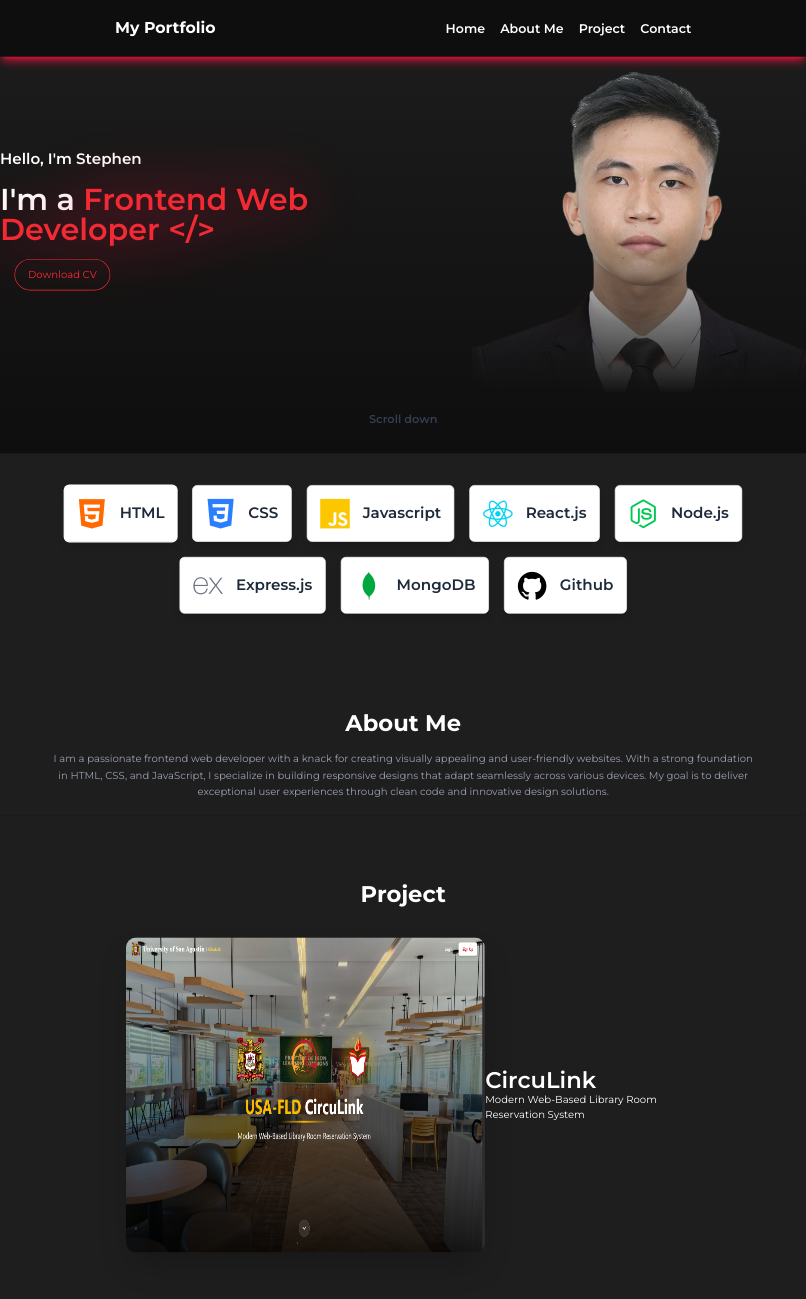
Repository: KaguyaKawaii/portfolio
Page: / (app in frontend/)
These files come from the project's save history. The page is drawn as it stood at one moment and after the next save; the edit follows.
The browser window is 1280 px wide. The pictures show the whole page, at 63% of full size.
Some web libraries are served in a nearby version. The project was rebuilt for these pictures with package versions that can differ from the ones it lists, and the page was loaded fresh each time. Also part of the build but not shown: frontend/vite.config.js.

Above is the page before, as saved 2025-10-28 23:41:15.

### frontend/src/main.jsx
import { StrictMode } from 'react'
import { createRoot } from 'react-dom/client'
import './index.css'
import App from './App.jsx'
import "devicon/devicon.min.css";



createRoot(document.getElementById('root')).render(
  <StrictMode>
    <App />
  </StrictMode>,
)

### frontend/src/index.css
/* ✅ 1️⃣ Google Fonts first */
@import url('https://fonts.googleapis.com/css2?family=Montserrat:wght@400;500;600;700&display=swap');

/* ✅ 2️⃣ Then Tailwind (only once) */
@import "tailwindcss";

/* ✅ 3️⃣ Optional: your own CSS rules */
body {
  font-family: 'Montserrat', sans-serif;
}

html {
  scroll-behavior: smooth;
}

### frontend/src/App.jsx
import { useState } from 'react'
import pic from './assets/image.png'
import project from './assets/project.png'
import project2 from './assets/project2.png'


function App() {

  return (
    <>
      <header className='bg-[#0F0E0E] h-[90px] w-full shadow-lg shadow-[#dc143c] fixed top-0 z-50'>
        <div className='flex justify-around items-center h-full text-white'>
          <h1 className='font-bold font-montserrat text-[25px]'>My Portfolio</h1>

          <div className='flex font-montserrat gap-6 font-semibold text-[20px]'>

            <button
              onClick={() => {
                document.getElementById("home").scrollIntoView();
              }}
              className="hover:text-red-500 duration-300 cursor-pointer"
            >

            <p className=''>Home</p>
            </button>

            <button
              onClick={() => {
                document.getElementById("about").scrollIntoView();
              }}
              className="hover:text-red-500 duration-300 cursor-pointer"
            >

            <p>About Me</p>
            </button>

            <button
              onClick={() => {
                document.getElementById("project").scrollIntoView();
              }}
              className="hover:text-red-500 duration-300 cursor-pointer"
            >

            <p>Project</p>
            </button>

            <p>Contact</p>
          </div>
        </div>
      </header>

      <body className='bg-linear-180 from-[#1E1E1E] to-[#0F0E0E] h-screen text-white'>
        <div id='home' className='flex justify-around items-center h-screen'>
          <div>
            <div className='text-2xl'>
              <h1 className='font-semibold'>Hello, I'm Stephen</h1>

            </div>
            <div className='mt-6 animate-fade-in'>
              <p className='font-semibold text-5xl'>I'm a  <span className="drop-shadow-[0_0_50px_#dc143c] text-red-500 animate-pulse">Frontend Web Developer &lt;/&gt;</span></p>

              <div className='m-6'>

                  <p className='ring-1 ring-red-500 text-red-500 rounded-3xl w-[150px] p-3 text-center hover:text-gray-800 hover:bg-white hover:ring-gray-800 transition-all duration-300 cursor-pointer'>Download CV</p>

              </div>

            </div>
          </div>

          <div className=''>
          <img
            src={pic}
            alt="profile"
            className="w-full h-full object-cover rounded-4xl"
            style={{
              maskImage: "linear-gradient(to bottom, black 50%, transparent 100%)",
              WebkitMaskImage: "linear-gradient(to bottom, black 50%, transparent 100%)",
            }}
          />
          </div>
        </div>

        <div className='flex justify-center items-center text-gray-700 text-lg font-montserrat font-semibold animate-pulse absolute bottom-10 w-full'>
          Scroll down
        </div>

          {/* Body 2 */}
          <div className='h-full w-full pt-20 pb-20 bg-[#1E1E1E] '>

            <div className='flex gap-6 justify-center items-center h-[20vh] font-semibold text-3xl text-white'>
              <div className="flex flex-wrap gap-6 justify-center">

                <div className="flex flex-wrap gap-6 justify-center text-white">
                  {/* HTML5 */}
                  <div className="flex items-center hover:scale-110 transition-all ring-1 hover:ring-red-100 rounded-lg p-5 gap-5 bg-white shadow-lg hover:shadow-red-500 duration-500">
                    <i className="devicon-html5-plain text-orange-500 text-5xl"></i>
                    <p className='text-2xl text-gray-800 font-semibold'>HTML</p>
                  </div>

                  {/* CSS3 */}
                  <div className="flex items-center hover:scale-110 transition-transform border rounded-lg p-5 gap-5 bg-white shadow-lg hover:shadow-red-500 duration-500">
                    <i className="devicon-css3-plain text-blue-500 text-5xl"></i>
                    <p className='text-2xl text-gray-800 font-semibold'>CSS</p>
                  </div>

                  {/* JavaScript */}
                  <div className="flex items-center hover:scale-110 transition-transform border rounded-lg p-5 gap-5 bg-white shadow-lg hover:shadow-red-500 duration-500">
                    <i className="devicon-javascript-plain text-yellow-400 text-5xl"></i>
                    <p className='text-2xl text-gray-800 font-semibold'>Javascript</p>
                  </div>

                  {/* React.js */}
                  <div className="flex items-center hover:scale-110 transition-transform border rounded-lg p-5 gap-5 bg-white shadow-lg hover:shadow-red-500 duration-500">
                    <i className="devicon-react-original text-cyan-400 text-5xl"></i>
                    <p className='text-2xl text-gray-800 font-semibold'>React.js</p>
                  </div>



                  {/* Node.js */}
                  <div className="flex items-center hover:scale-110 transition-transform border rounded-lg p-5 gap-5 bg-white shadow-lg hover:shadow-red-500 duration-500">
                    <i className="devicon-nodejs-plain text-green-500 text-5xl"></i>
                    <p className='text-2xl text-gray-800 font-semibold'>Node.js</p>
                  </div>

                  {/* Express.js */}
                  <div className="flex items-center hover:scale-110 transition-transform border rounded-lg p-5 gap-5 bg-white shadow-lg hover:shadow-red-500 duration-500">
                    <i className="devicon-express-original text-gray-500 text-5xl"></i>
                    <p className='text-2xl text-gray-800 font-semibold'>Express.js</p>
                  </div>

                  {/* MongoDB */}
                  <div className="flex items-center hover:scale-110 transition-transform border rounded-lg p-5 gap-5 bg-white shadow-lg hover:shadow-red-500 duration-500">
                    <i className="devicon-mongodb-plain text-green-600 text-5xl"></i>
                    <p className='text-2xl text-gray-800 font-semibold'>MongoDB</p>
                  </div>

                  {/* GitHub */}
                  <div className="flex items-center hover:scale-110 transition-transform border rounded-lg p-5 gap-5 bg-white shadow-lg hover:shadow-red-500 duration-500">
                    <i className="devicon-github-original text-black text-5xl"></i>
                    <p className='text-2xl text-gray-800 font-semibold'>Github</p>

                  </div>
                </div>

              </div>

            </div>



          </div>

          <div id='about' className='h-full pt-6 pb-6 bg-[#1E1E1E]'>
              <h1 className='text-white font-montserrat text-4xl font-bold text-center pt-20'>About Me</h1>
              <p className='text-gray-400 font-montserrat text-center mt-6 mx-20 leading-relaxed'>
                I am a passionate frontend web developer with a knack for creating visually appealing and user-friendly websites. With a strong foundation in HTML, CSS, and JavaScript, I specialize in building responsive designs that adapt seamlessly across various devices. My goal is to deliver exceptional user experiences through clean code and innovative design solutions.
              </p>

          </div>

          <div id='project' className='h-full pt-6 pb-6 bg-[#1E1E1E]'>

            <h1 className='text-white font-montserrat text-4xl font-bold text-center pt-20'>Project</h1>

              <div className='flex flex-col'>
                <div className='flex items-center justify-between mx-50  h-[600px]'>

                  <div>
                    <a href="https://circulink-beta-testing.vercel.app/" target="_blank" rel="">
                    <img src={project}
                    className='rounded-2xl shadow-2xl hover:shadow-red-800 transition-all duration-500 hover:scale-110 w-[800px] h-[500px]'
                    alt="" />
                    </a>
                  </div>

                  <div className=''>
                    <h1 className='text-4xl font-semibold' >CircuLink</h1>
                    <p>Modern Web-Based Library Room Reservation System</p>
                  </div>

                </div>

                {/* <div className='flex items-center justify-between mx-50  h-[600px]'>
                   <div className='text-left'>
                    <h1 className='text-4xl font-semibold' >DeliverDash</h1>
                    <p>Fast and Reliable Delivery Services</p>
                  </div>

                  <div>
                    <img src={project2}
                    className='rounded-2xl  shadow-2xl hover:shadow-red-800 transition-all duration-500 hover:scale-110 w-[800px] h-[500px]'
                    alt="" />
                  </div>



                </div> */}


              </div>
          </div>
      </body>




    </>
  )
}

export default App

Loaded but not shown: frontend/index.html (common file)

After the next save:
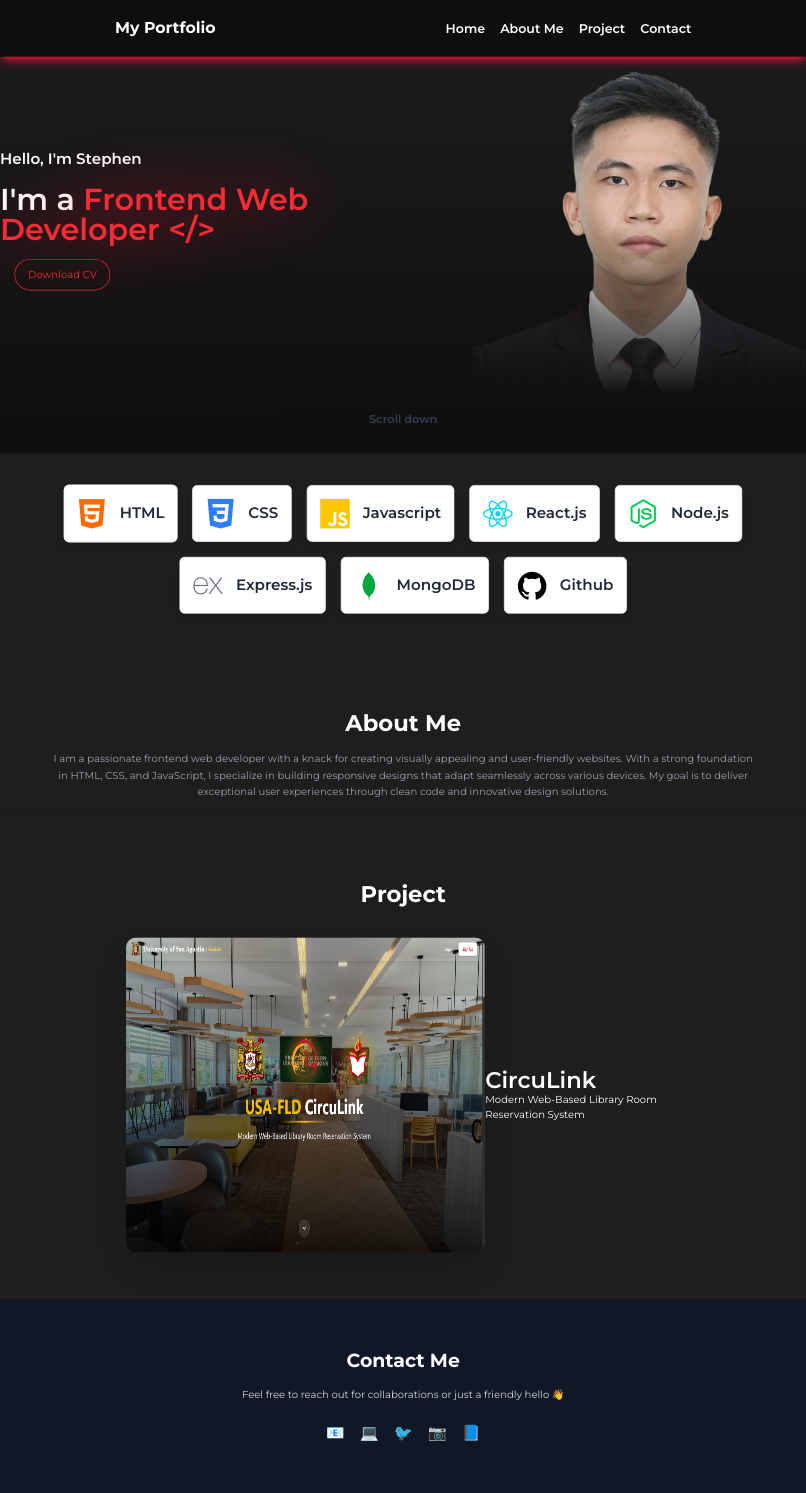
Saved 4 min 29 s later.
--- a/frontend/src/App.jsx
+++ b/frontend/src/App.jsx
@@ -200,7 +200,25 @@
 
 
               </div>
-          </div>
+
+
+          </div>
+
+          <section id="contact" className="py-20 bg-gray-900 text-white text-center">
+  <h2 className="text-3xl font-bold mb-6">Contact Me</h2>
+  <p className="text-gray-300 mb-8">
+    Feel free to reach out for collaborations or just a friendly hello 👋
+  </p>
+
+  <div className="flex justify-center gap-6 text-2xl">
+    <a href="mailto:stephenmadero.dev@gmail.com" className="hover:text-[#dc143c] transition">📧</a>
+    <a href="https://github.com/stephenmadero" target="_blank" className="hover:text-[#dc143c] transition">💻</a>
+    <a href="https://twitter.com/stephenmadero" target="_blank" className="hover:text-[#dc143c] transition">🐦</a>
+    <a href="https://instagram.com/stephenmadero" target="_blank" className="hover:text-[#dc143c] transition">📷</a>
+    <a href="https://facebook.com/stephenmadero" target="_blank" className="hover:text-[#dc143c] transition">📘</a>
+  </div>
+</section>
+
       </body>
 
 
